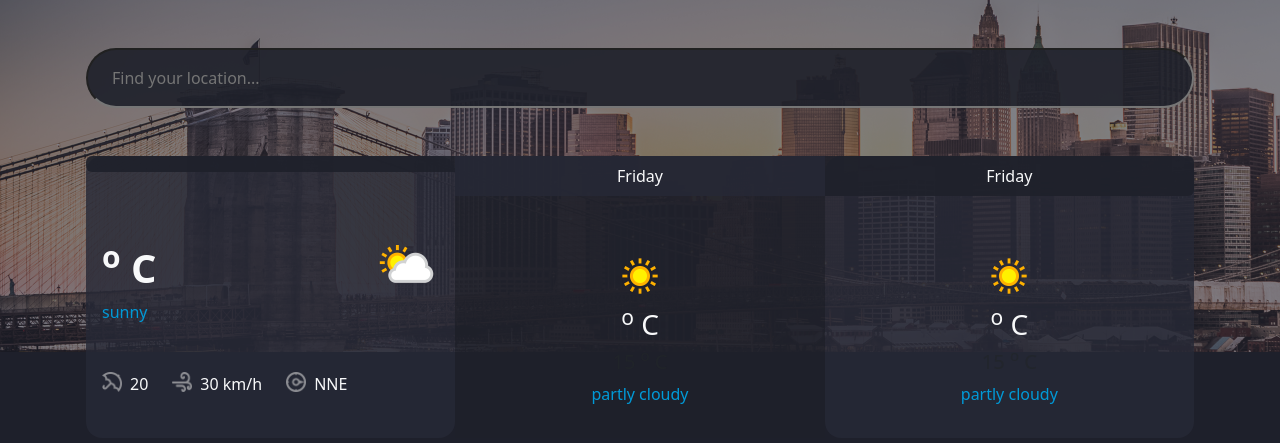
Repository: AmiraNabil97/WeatherApp
Page: index.html
An editor plug-in stored every save of this project. The page is shown before and after the next save, followed by the edit.
The browser window is 1280 px wide. The pictures show the whole page.
The page's requests for data from a server got no answer.

Above is the page before, as saved 2023-08-28 22:08:54.

After the next save:
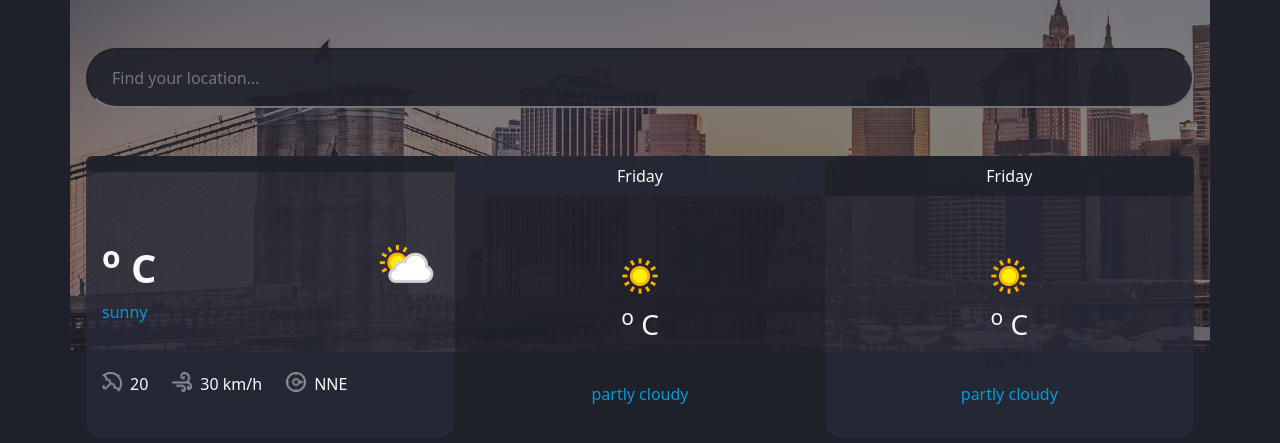
Saved 32 s later.
--- a/css/style.css
+++ b/css/style.css
@@ -19,7 +19,7 @@ body
     font-size: 12px;
 }
 
-.app-container
+.container
 {
     background-image: url(../images/banner.png);
     background-repeat: no-repeat;
